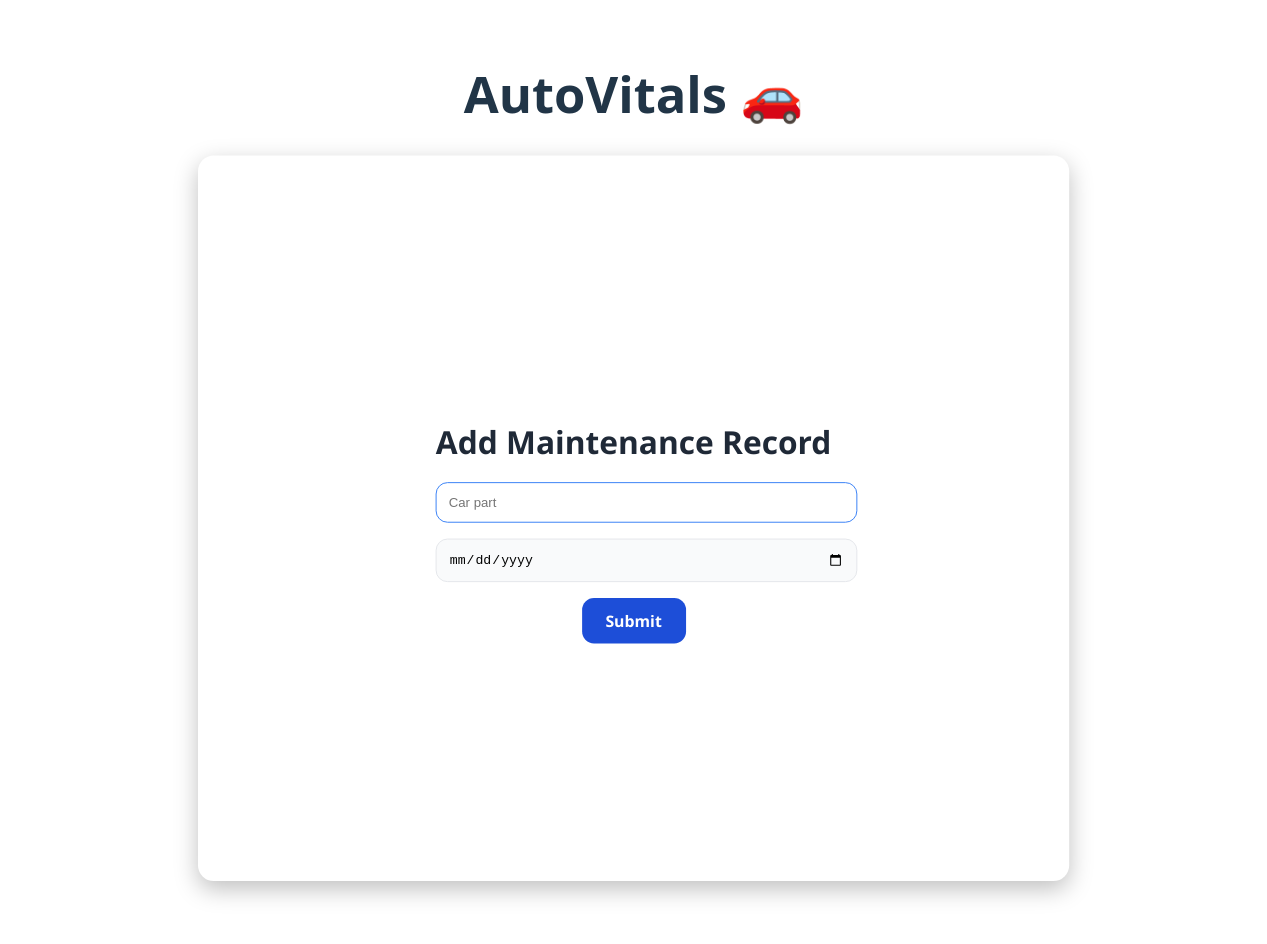
Repository: YoussefAzmires/wevdebautovitals
Page: /search (app in frontend/)
An editor plug-in stored every save of this project. The page is shown before and after the next save, followed by the edit.
The browser window is 1280 px wide. The pictures show the whole page, at 99% of full size.
The first visible `input` has the focus.
The project was rebuilt for these pictures with package versions that can differ from the ones it lists, and the page was loaded fresh each time. Also part of the build but not shown: frontend/vite.config.ts.

Above is the page before, as saved 2025-04-13 15:55:33.

After the next save:
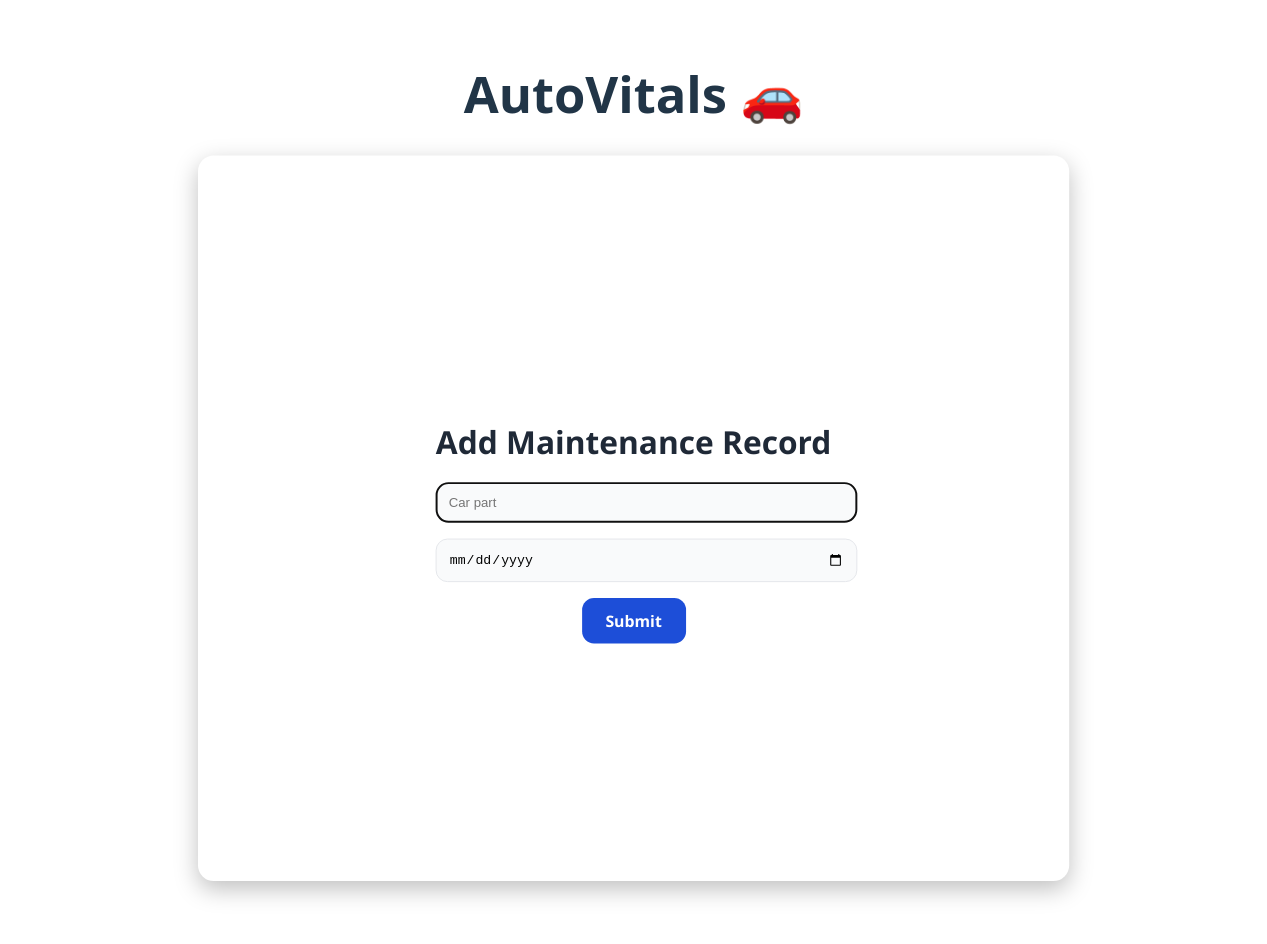
Saved 27 s later.
--- a/frontend/src/components/AddMaintenanceRecordsForm/AddMaintenanceRecordsForm.css
+++ b/frontend/src/components/AddMaintenanceRecordsForm/AddMaintenanceRecordsForm.css
@@ -45,9 +45,3 @@ label {
   color: #374151;
   font-weight: 600;
 }
-
-input:focus {
-  border-color: #3b82f6;
-  outline: none;
-  background-color: #fff;
-}

After the save that followed:
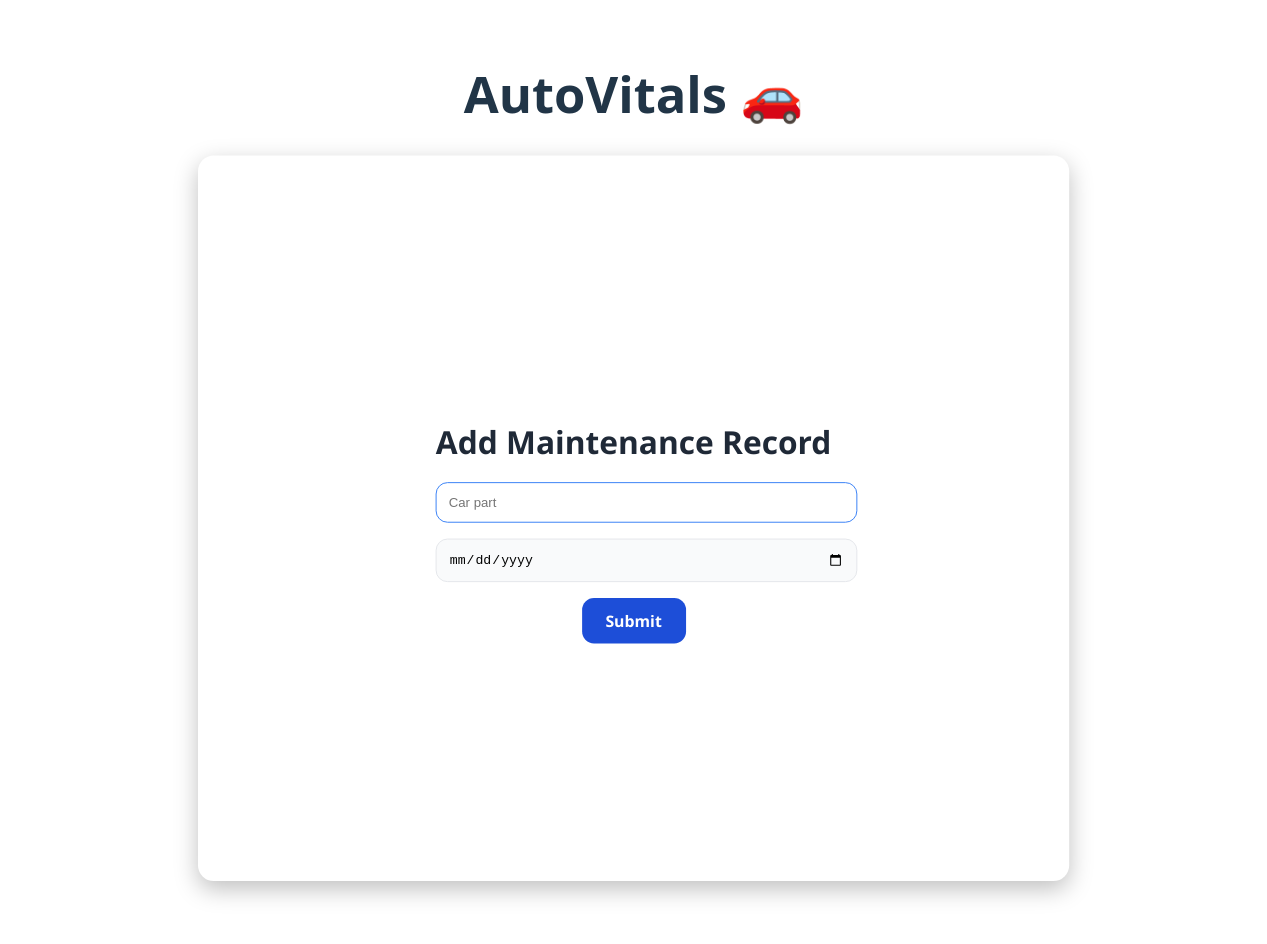
Saved 6 s later.
--- a/frontend/src/components/AddMaintenanceRecordsForm/AddMaintenanceRecordsForm.css
+++ b/frontend/src/components/AddMaintenanceRecordsForm/AddMaintenanceRecordsForm.css
@@ -45,3 +45,9 @@ label {
   color: #374151;
   font-weight: 600;
 }
+
+input:focus {
+  border-color: #3b82f6;
+  outline: none;
+  background-color: #fff;
+}
